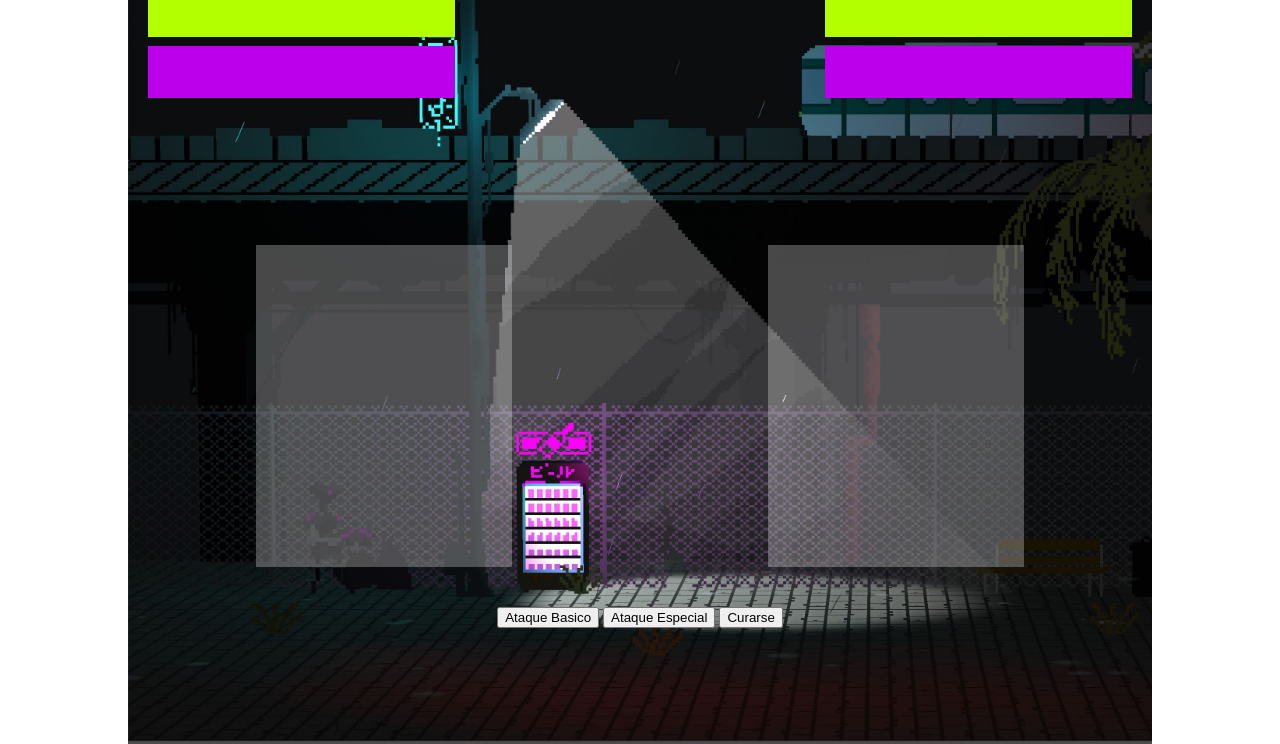
Repository: NovaDuel/novaduel-game
Page: index.html
These files come from the project's save history. The page is drawn as it stood at one moment and after the next save; the edit follows.
The browser window is 1280 px wide. The pictures show the whole page.

Above is the page before, as saved 2024-03-25 13:01:01.

After the next save:
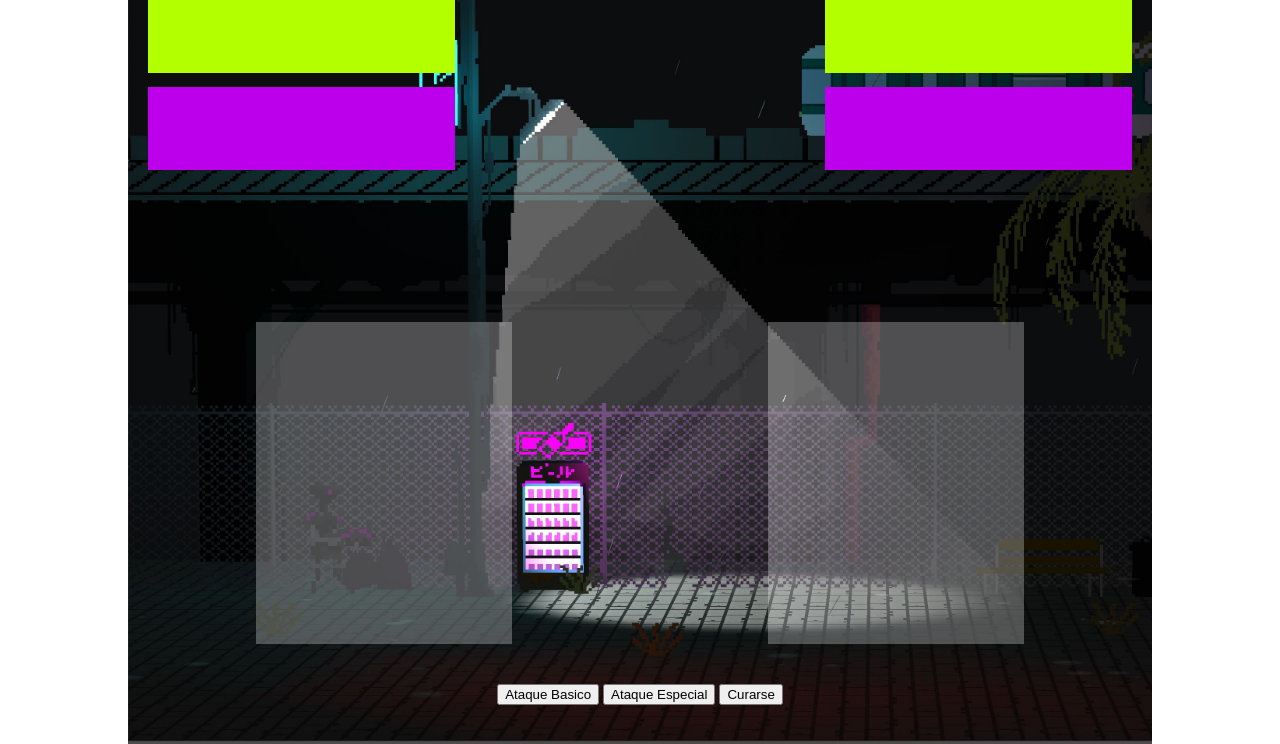
Saved 8 s later.
--- a/style.css
+++ b/style.css
@@ -18,7 +18,7 @@ body {
     display: flex;
     justify-content: space-between;
     width: 100%;
-    height: 17%;
+    height: 27%;
 }
 
 .bars-wrapper {
